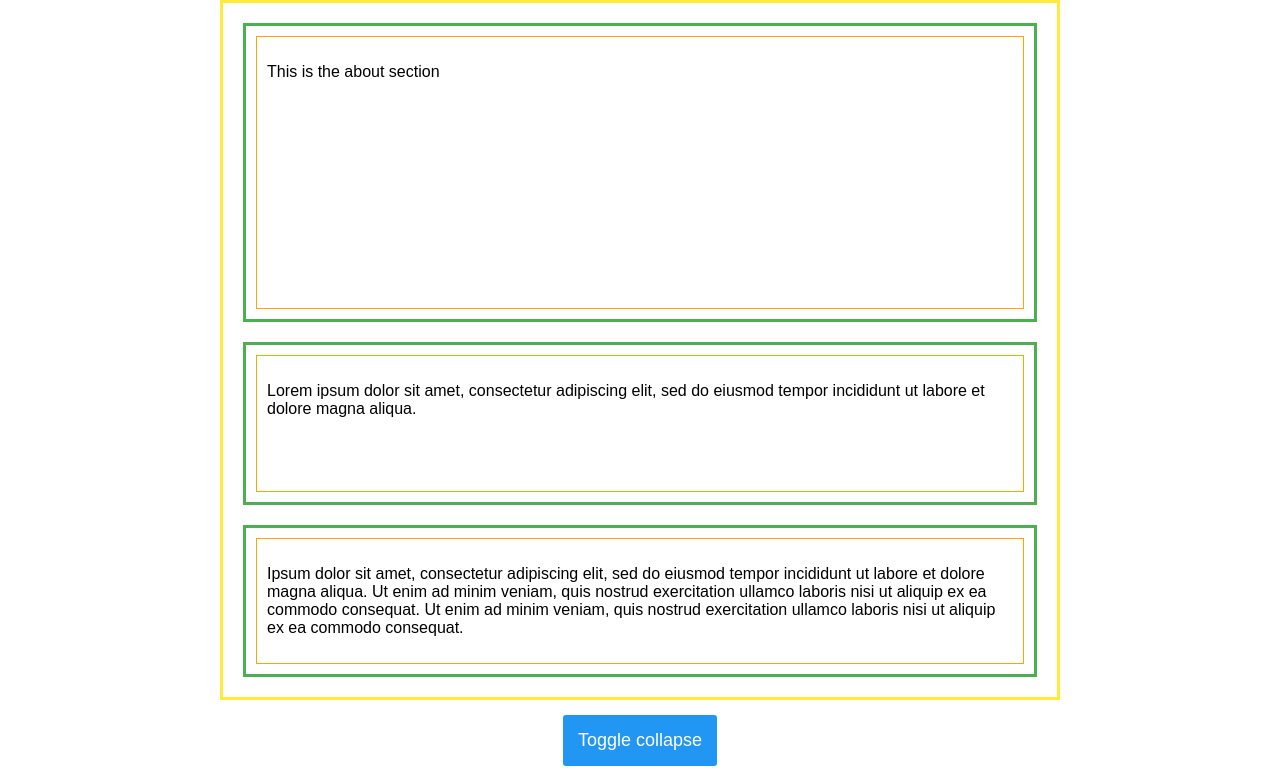
Repository: dsbarnes/groovy-blog
Page: index.html
These files come from the project's save history. The page is drawn as it stood at one moment and after the next save; the edit follows.
The browser window is 1280 px wide. The pictures show the whole page.
The style sheet was rebuilt from its Sass, Less or Tailwind sources for each picture, by a compiler version that may differ from the author's.

Above is the page before, as saved 2020-05-09 12:36:08.

After the next save:
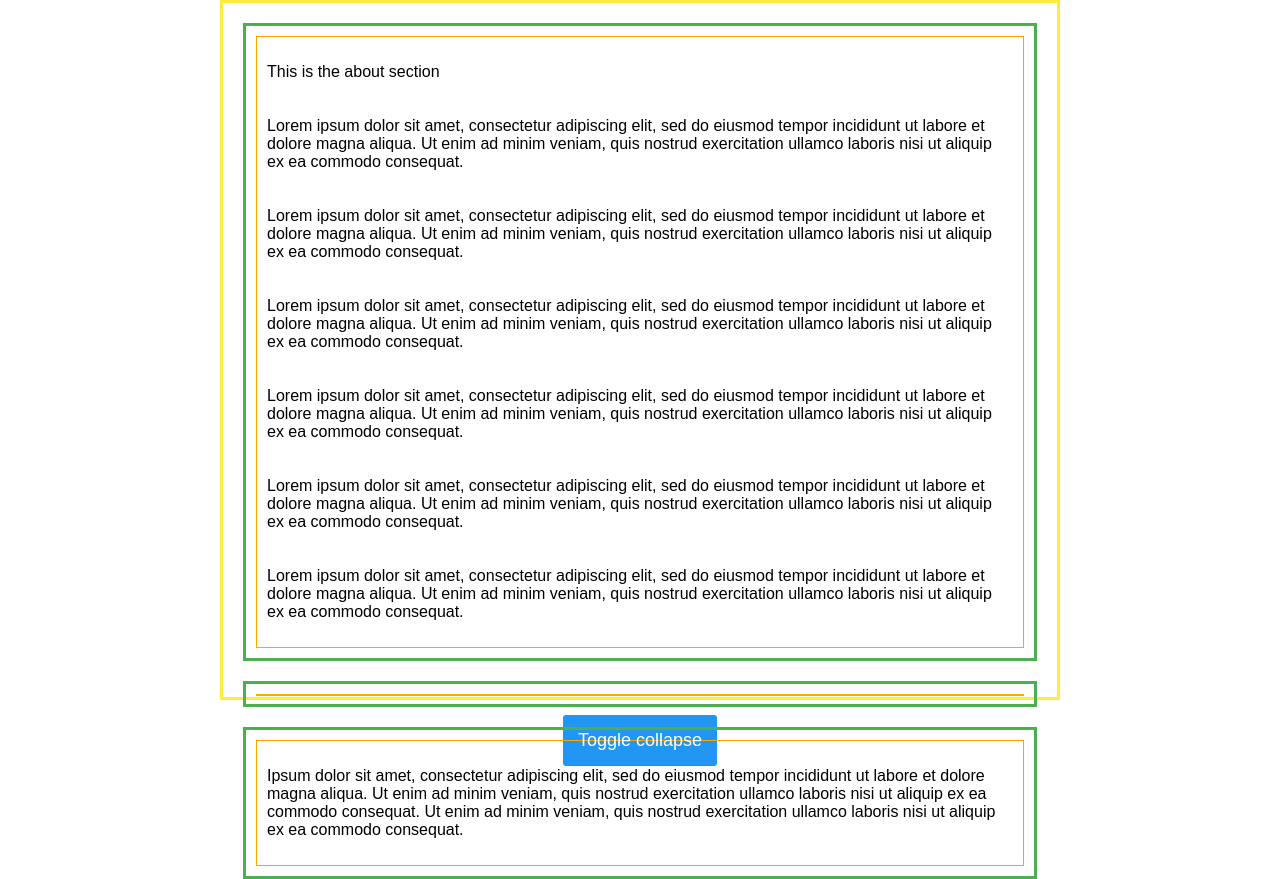
Saved 47 s later.
--- a/style.scss
+++ b/style.scss
@@ -13,7 +13,7 @@
   border:3px solid #4CAF50;
   margin: 10px;
   padding: 10px;
-  #articles-section-text{ display: none;}
+  #articles-section-text{ display: static; }
 }
 .section-one.collapsed{
    overflow: hidden;

After the save that followed:
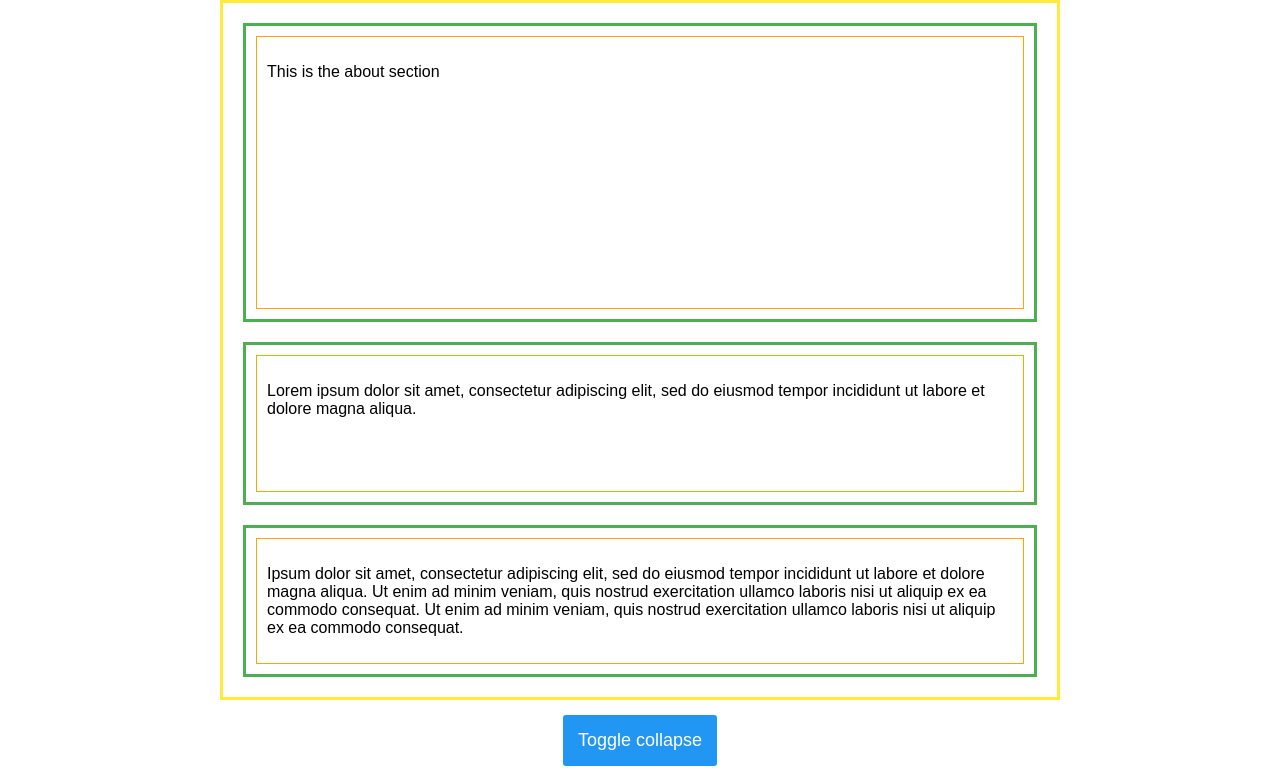
Saved 38 s later.
--- a/style.scss
+++ b/style.scss
@@ -13,7 +13,7 @@
   border:3px solid #4CAF50;
   margin: 10px;
   padding: 10px;
-  #articles-section-text{ display: static; }
+  #articles-section-text{ display: none; }
 }
 .section-one.collapsed{
    overflow: hidden;
